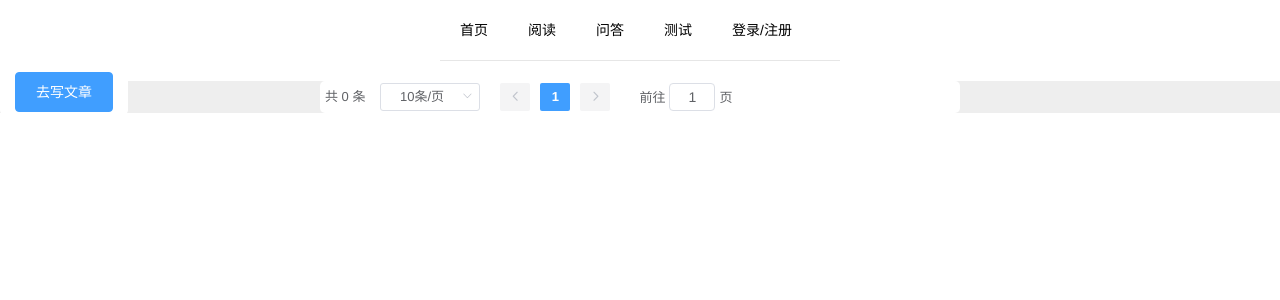
Repository: shengligo/xyx_vue_v1
Page: /read
An editor plug-in stored every save of this project. The page is shown before and after the next save, followed by the edit.
The browser window is 1280 px wide. The pictures show the whole page.
The page's requests for data from a server got no answer. The project was rebuilt for these pictures with package versions that can differ from the ones it lists, and the page was loaded fresh each time. No one was signed in, and anything a server would have sent is missing. Also part of the build but not shown: vue.config.js, src/views/home/childComps/Art.vue, src/views/author/authors.vue.

Above is the page before, as saved 2021-09-04 13:10:10.

### public/index.html
<!DOCTYPE html>
<html lang="">
  <head>
    <meta charset="utf-8">
    <meta http-equiv="X-UA-Compatible" content="IE=edge">
    <meta name="viewport" content="width=device-width,initial-scale=1.0">
    <link rel="icon" href="<%= BASE_URL %>favicon.ico">
    <title>project0000001</title>
  </head>
  <body>
    <noscript>
      <strong>We're sorry but <%= htmlWebpackPlugin.options.title %> doesn't work properly without JavaScript enabled. Please enable it to continue.</strong>
    </noscript>
    <div id="app"></div>
    <!-- built files will be auto injected -->
  </body>
</html>

### src/main.js
import Vue from 'vue'
import App from './App.vue'
import router from './router'
import store from './store'
import 'element-ui/lib/theme-chalk/index.css';
import axios from "axios";
axios.defaults.baseURL = "/api"; // http://10.1.2.85:8091/essay
axios.defaults.headers.common["Content-Type"] ="application/json;charset=UTF-8";
axios.defaults.withCredentials = true // 表示跨域请求时是否需要使用凭证
Vue.prototype.$ajax = axios;
import ElementUI from 'element-ui'

Vue.config.productionTip = false
Vue.use(ElementUI)

new Vue({
  router,
  store,
  render: h => h(App)
}).$mount('#app')

### src/App.vue
<template>
  <div id="app">
    <nav-bar ></nav-bar>
    <!-- <carousel></carousel> -->
    <!-- <art></art> -->


    <router-view></router-view>

  </div>
</template>
<script>

import NavBar from './components/common/NavBar'
import Art from '@/views/home/childComps/Art'
// import Carousel from '@/components/common/Carousel'


export default {
  name: "app",
  components:{
    NavBar,
    Art,




  }
};
</script>



<style>
@import url('assets/css/normalize.css');
#app{
  font-family: "Helvetica Neue",Helvetica,"PingFang SC","Hiragino Sans GB","Microsoft YaHei","微软雅黑",Arial,sans-serif;
}



</style>

### src/router/index.js

import Vue from 'vue'
import VueRouter from 'vue-router'
import Auther from '../views/author/authors.vue'

const Home = () => import('../views/home/Home')

const Question = () => import('../views/questions/Question')
const Read = () => import('../views/read/Read')
const Test = () => import('../views/testing/Test')
const Login = () => import('../components/common/login/Login')
const originalPush = VueRouter.prototype.push

VueRouter.prototype.push = function push(location) {
  return originalPush.call(this, location).catch(err => err)
}
// fksdljfkjdsjflsdjlfja
Vue.use(VueRouter)

const routes = [
  {
    path: '/',
    name: 'Home',
    component: Home
  },
  {
    path: '/auther',
    component: Auther
  },
  // {
  //   path: '/home',
  //   name: 'Home',
  //   component: Home
  // },

  {
    path:'/qs',
    name:'Qs',
    component:Question
  },
  {
    path:'/read',
    name:'Read',
    component:Read
  },
  {
    path:'/test',
    name:'Test',
    component:Test
  },
  {
    path:'/login',
    name:'Login',
    component:Login
  }
]

const router = new VueRouter({
  mode: 'history',
  base: process.env.BASE_URL,
  routes
})

export default router

### src/components/common/NavBar.vue
<template>
  <div>
     <div class="nav">

       <el-menu
          :default-active="activeIndex"
          class="el-menu-demo"
          mode="horizontal"
          text-color="#000000"
          active-text-color="#444444"
        >
          <el-menu-item index="1" @click="itemclick">首页</el-menu-item>
          <el-menu-item index="2" @click="itemclick2">阅读</el-menu-item>
          <el-menu-item index="3" @click="itemclick3">问答</el-menu-item>
          <el-menu-item index="4" @click="itemclick4">测试</el-menu-item>
          <el-menu-item index="5" @click="itemclick5">登录/注册</el-menu-item>
        </el-menu>

     </div>

  </div>
</template>

<script>


export default {

  name: "navbar",
  data() {
    return {
      activeIndex:1
    }
  },
  methods:{
    itemclick(){
      console.log('itemclick');
      this.$router.push("/")
    },
    itemclick2(){
      this.$router.push("/read")
    },
    itemclick3(){
      this.$router.push("./qs")
    },
    itemclick4(){
      this.$router.push('./test')
    },
    itemclick5(){
      this.$router.push('/login')
    }

  },

};
</script>

<style scoped>
.nav{

  margin: 0 auto;
  /* background-color: rgba(217, 221, 221, 0.918);
   */
   /* background-color: #5880A9; */
  padding: 0;


}
.nav>.el-menu{
  width: 400px;
  margin: 0 auto;
  /* background-color: rgba(217, 221, 221, 0.918); */
}

</style>

### src/views/read/Read.vue
<template>
  <div id="box">
    <div id="article">
      <div
        class="list"
        v-for="(item, index) in fileList"
        :key="index"
        @click="goToUrl('ReadDetail', { id: item.id })"
      >
        <div class="list_l">
          <img :src="item.faceUrl" alt="图片" v-if="item.faceUrl" />
        </div>
        <div class="list_r">
          <div class="list_r_t">
            <span>{{ item.title }}</span>
            <span class="sortName">{{ item.sortName }}</span>
          </div>
          <div class="list_r_m">{{ item.introduce }}</div>
          <div class="list_r_b">
            {{ item.createTime.substring(0, 10) }} | {{ item.author }}
          </div>
        </div>
      </div>
      <!-- <div v-html="htmltext" class="centerBody"></div> -->
      <!-- 分页 -->
      <el-pagination
        class="common-page-pagination"
        background
        :current-page="condition.pageNum"
        :page-sizes="[10, 20, 30, 50]"
        :page-size="condition.pageSize"
        layout="total, sizes, prev, pager, next, jumper"
        :total="total"
        @size-change="handleSizeChange"
        @current-change="handleCurrentChange"
      />
    </div>
    <div class="toWrite">
      <el-button type="primary">去写文章</el-button>
    </div>
  </div>
</template>

<script>
// import ArticleLi from "../home/childComps/ArticleLi";
import E from "wangeditor";
import qs from "qs"; // 引入qs模块，用来序列化post类型的数据，后面会提到

export default {
  name: "read",
  components: {
    // ArticleLi,
  },
  data() {
    return {
      fileList: [],
      total: 0,
      condition: {
        pageNum: 1,
        pageSize: 5
      },
      htmltext: "<p>用 JS 设置的内容</p><p>追加的内容</p>"
    };
  },
  mounted() {
    this.getEdits();
  },
  methods: {
    goToUrl(url, query = {}) {
      if (!url) {
        this.$toast("当前模块正在开发中\n敬请期待!");
      } else {
        this.$router.push({ path: url, query });
      }
    },
    handleSizeChange(val) {
      this.condition.pageSize = val;
      this.getEdits();
    },
    handleCurrentChange(val) {
      this.condition.pageNum = val;
      this.getEdits();
    },
    getEdit() {
      // const editor = new E('#div1')
      // 或者 const editor = new E( document.getElementById('div1') )

      //  const E = window.wangEditor
      this.editor = new E(document.getElementById("toolbar-container"));
      this.editor.create();
      this.editor.txt.html("<p>用 JS 设置的内容</p>"); // 重新设置编辑器内容
      this.editor.txt.append("<p>追加的内容</p>");
      console.log(this.editor.txt.html());
    },
    async getEdits(current) {
      if (current) {
        this.condition.pageNum = current;
      }
      var params = {
        pageNum: 1,
        pageSize: 10
      };
      // $ajax请求
      const url = "/essay/getEssayList";
      await this.$ajax
        .get(url, { params })
        .then(res => {
          const { data } = res;
          if (data.code === "000000") {
            //this.$message.success('请求成功')
            this.fileList = data.data.results;
            this.total = data.data.totalRecord;
            var text = "";
            data.data.results.forEach(item => {
              text += item.content;
            });
            this.htmltext = text;
          } else {
            this.$message.error("暂无权限");
          }
        })
        .catch(() => {
          this.$message.error("网络异常");
        });
    }
  }
};
</script>

<style scoped>
#box {
  width: 100%;
  height: 100%;
  margin: 0;
  padding: 0;
  background: #eee;
  position: relative;

}

#article {
  border-radius: 5px;
  width: 50%;
  margin: 0 auto;
  margin-top: 20px;
  margin-bottom: 20px;
  background: #fff;
}
.centerBody {
  width: 500px;
  margin: 0 auto;
}
.list {
  display: flex;
  width: 80%;
  height: 100px;
  padding: 10px;
  margin: 0 auto;
  /* border: 1px solid pink; */
  margin-top: 10px;
}
.list_l {
  width: 100px;
  height: 100px;
  /* border: 1px solid pink; */
}
img {
  width: 100%;
  height: 100%;
}
.list_r {
  margin-top: 10px;
  margin-left: 30px;
  width: 90%;
  height: 100px;
  /* border: 1px solid pink; */
}
.list_r_t {
  margin: 5px;
  height: 20px;
  line-height: 20px;
  font-size: 18px;
  font-weight: 700;
  /* border: 1px solid pink; */
}
.sortName {
  float: right;
  width: 80px;
  height: 25px;
  line-height: 25px;
  font-size: 14px;
  color: #666;
  font-weight: 400;
  border-radius: 8px;
  background-color: #f1f5f9;
  text-align: center;
  /* border: 1px solid pink; */
}
.list_r_m {
  margin: 0 5px 5px;
  font-size: 14px;
  color: #666;
  font-weight: 400;
}
.list_r_b {
  margin: 0 5px;
  height: 20px;
  line-height: 20px;
  font-size: 16px;
  color: #666;
  font-weight: 400;
}

/* table 样式 */
table {
  border-top: 1px solid #ccc;
  border-left: 1px solid #ccc;
}
table td,
table th {
  border-bottom: 1px solid #ccc;
  border-right: 1px solid #ccc;
  padding: 3px 5px;
}
table th {
  border-bottom: 2px solid #ccc;
  text-align: center;
}

/* blockquote 样式 */
blockquote {
  display: block;
  border-left: 8px solid #d0e5f2;
  padding: 5px 10px;
  margin: 10px 0;
  line-height: 1.4;
  font-size: 100%;
  background-color: #f1f1f1;
}

/* code 样式 */
code {
  display: inline-block;
  *display: inline;
  *zoom: 1;
  background-color: #f1f1f1;
  border-radius: 3px;
  padding: 3px 5px;
  margin: 0 3px;
}
pre code {
  display: block;
}

/* ul ol 样式 */
ul,
ol {
  margin: 10px 0 10px 20px;
}

.toWrite{
  position: fixed;
  background-color: #fff;
  height: 6%;
  width: 10%;
  border-radius: 5px;
  top: 10%;
  text-align: center;
}
</style>

Loaded but not shown: src/store/index.js (common file); src/assets/css/normalize.css (library)

After the next save:
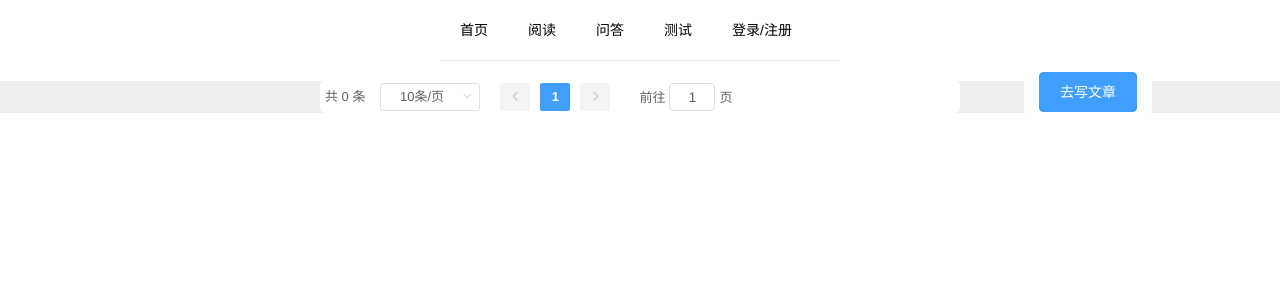
Saved 15 s later.
--- a/src/views/read/Read.vue
+++ b/src/views/read/Read.vue
@@ -265,6 +265,7 @@ ol {
   width: 10%;
   border-radius: 5px;
   top: 10%;
+  right: 10%;
   text-align: center;
 }
 </style>
